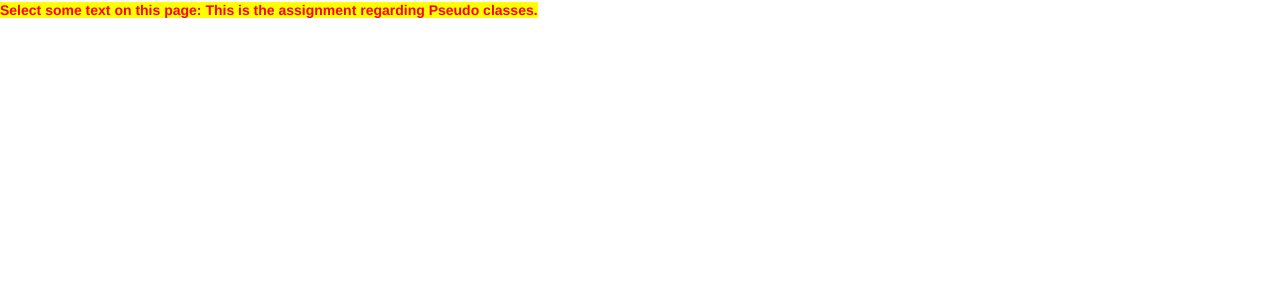
Repository: vaibhavkri/Trendnxt-Projects
Page: bootstrap/Bootstrap– L3 Assignment/Topic 5 CSS Pseudo-classes/Assignment1.html
An editor plug-in stored every save of this project. The page is shown before and after the next save, followed by the edit.
The browser window is 1280 px wide. The pictures show the whole page.

Above is the page before, as saved 2018-10-23 14:01:23.

After the next save:
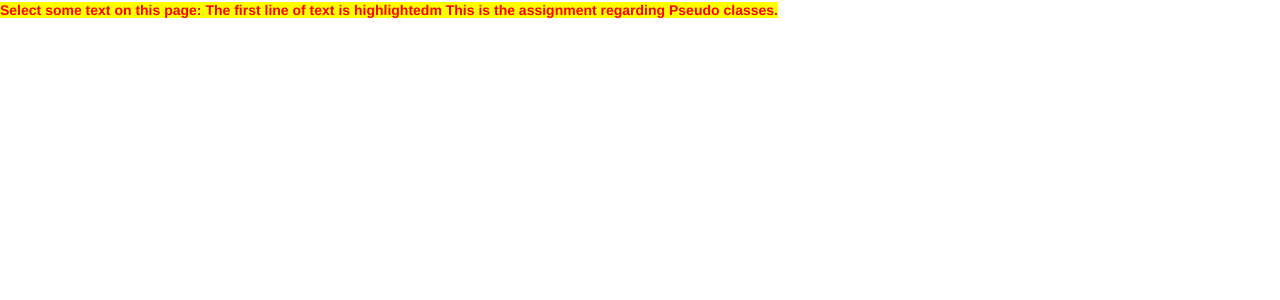
Saved 77 s later.
--- a/bootstrap/Bootstrap– L3 Assignment/Topic 5 CSS Pseudo-classes/Assignment1.html
+++ b/bootstrap/Bootstrap– L3 Assignment/Topic 5 CSS Pseudo-classes/Assignment1.html
@@ -20,7 +20,7 @@
 
 <body>
 
-    <p>Select some text on this page: This is the assignment regarding Pseudo classes.</p>
+    <p>Select some text on this page: The first line of text is highlightedm This is the assignment regarding Pseudo classes.</p>
 
 
 
